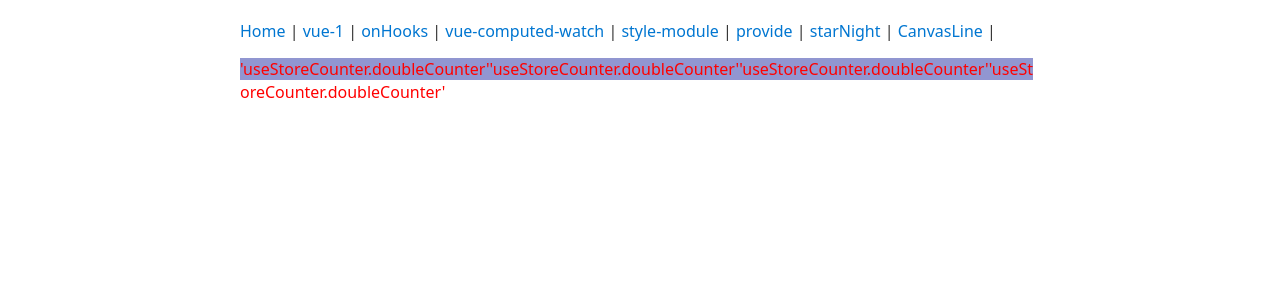
Repository: 596178924/vue3-ts-html
Page: /
An editor plug-in stored every save of this project. The page is shown before and after the next save, followed by the edit.
The browser window is 1280 px wide. The pictures show the whole page.
The project was rebuilt for these pictures with package versions that can differ from the ones it lists, and the page was loaded fresh each time. Also part of the build but not shown: vue.config.js.

Above is the page before, as saved 2022-02-15 16:31:13.

### public/index.html
<!DOCTYPE html>
<html lang="">
  <head>
    <meta charset="utf-8">
    <meta http-equiv="X-UA-Compatible" content="IE=edge">
    <meta name="viewport" content="width=device-width,initial-scale=1.0">
	<link rel="stylesheet" href="https://cdn.jsdelivr.net/npm/water.css@2/out/water.css">
    <link rel="icon" href="<%= BASE_URL %>favicon.ico">
    <title><%= htmlWebpackPlugin.options.title %></title>
  </head>
  <body>
    <noscript>
      <strong>We're sorry but <%= htmlWebpackPlugin.options.title %> doesn't work properly without JavaScript enabled. Please enable it to continue.</strong>
    </noscript>
    <div id="app"></div>
    <!-- built files will be auto injected -->
  </body>
</html>

### src/main.ts
import { createApp } from 'vue';
import App from './App.vue';
import router from './router';
import { createPinia } from 'pinia'
const app = createApp(App);
app.use(createPinia());
app.use(router);
app.mount('#app');

### src/App.vue
<template>
  <div id="nav">
    <router-link to="/">Home</router-link> |
    <router-link to="/vue-1">vue-1</router-link> |
    <router-link to="/onHooks">onHooks</router-link> |
    <router-link to="/vue-computed-watch">vue-computed-watch</router-link> |
    <router-link to="/style-module">style-module</router-link> |
    <router-link to="/provide">provide</router-link> |
    <router-link to="/starNight">starNight</router-link> |
    <router-link to="/CanvasLine">CanvasLine</router-link> |

  </div>
  <router-view/>
</template>

<style lang="scss">

</style>

### src/router/index.ts
import { createRouter, createWebHashHistory, RouteRecordRaw } from 'vue-router';

const routes: Array<RouteRecordRaw> = [
	{
		path: '/',
		name: 'Home',
		component: () => import('@/views/Home.vue')
	},
	{
		path: '/vue-1',
		name: 'vue-1',
		component: () => import('@/views/vue-1.vue')
	},
	{
		path: '/onHooks',
		name: 'onHooks',
		component: () => import('@/views/onHooks.vue')
	},
	{
		path: '/vue-computed-watch',
		name: 'vue-computed-watch',
		component: () => import('@/views/vue-computed-watch.vue')
	},
	{
		path: '/style-module',
		name: 'style-module',
		component: () => import('@/views/style-module.vue')
	},
	{
		path: '/provide',
		name: 'provide',
		component: () => import('@/views/provide.vue')
	},
	{
		path: '/starNight',
		name: 'starNight',
		component: () => import('@/views/starNight.vue')
	},
	{
		path: '/CanvasLine',
		name: 'CanvasLine',
		component: () => import('@/views/CanvasLine.vue')
	},

];

const router = createRouter({
	history: createWebHashHistory(),
	routes
});

export default router;

### src/views/Home.vue
<template>
	<div class="home">
		<p class="red">
			'useStoreCounter.doubleCounter''useStoreCounter.doubleCounter''useStoreCounter.doubleCounter''useStoreCounter.doubleCounter'
		</p>
	</div>
</template>

<script setup lang="ts" >
</script>
<style lang="scss" scoped>
.red {
	color: #ff0000;
	&::selection {
		color: gold;
		background-color: #0011ff;
	}
	&::first-line {
		background-color: #9196d1;

	}
}
</style>

After the next save:
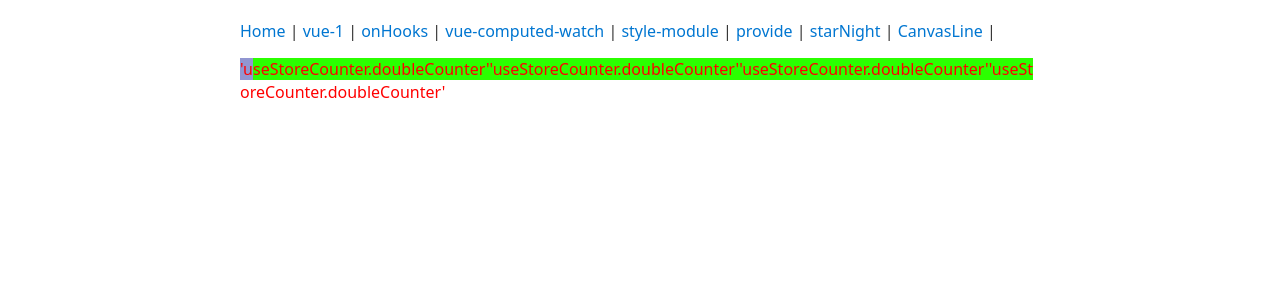
Saved 39 s later.
--- a/src/views/Home.vue
+++ b/src/views/Home.vue
@@ -16,8 +16,10 @@
 		background-color: #0011ff;
 	}
 	&::first-line {
+		background-color: #2bff00;
+	}
+	&::first-letter {
 		background-color: #9196d1;
-
 	}
 }
 </style>
